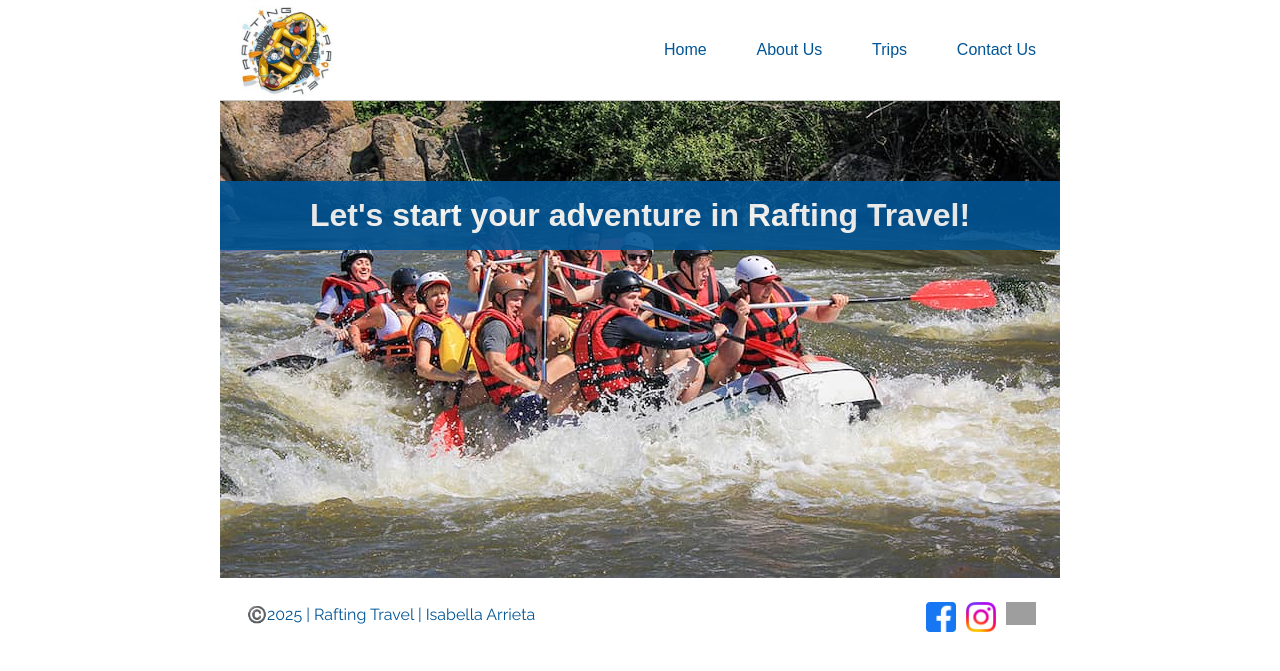
Repository: isaAJ05/wdd130
Page: wwr/index.html
An editor plug-in stored every save of this project. The page is shown before and after a run of saves, followed by the edit.
The browser window is 1280 px wide. The pictures show the whole page.
Pictures or frames that could not be fetched are drawn as grey boxes. Some web fonts or font styles are not loaded; a fallback is used.

Above is the page before, as saved 2025-06-16 20:07:11.

After the next 2 saves:
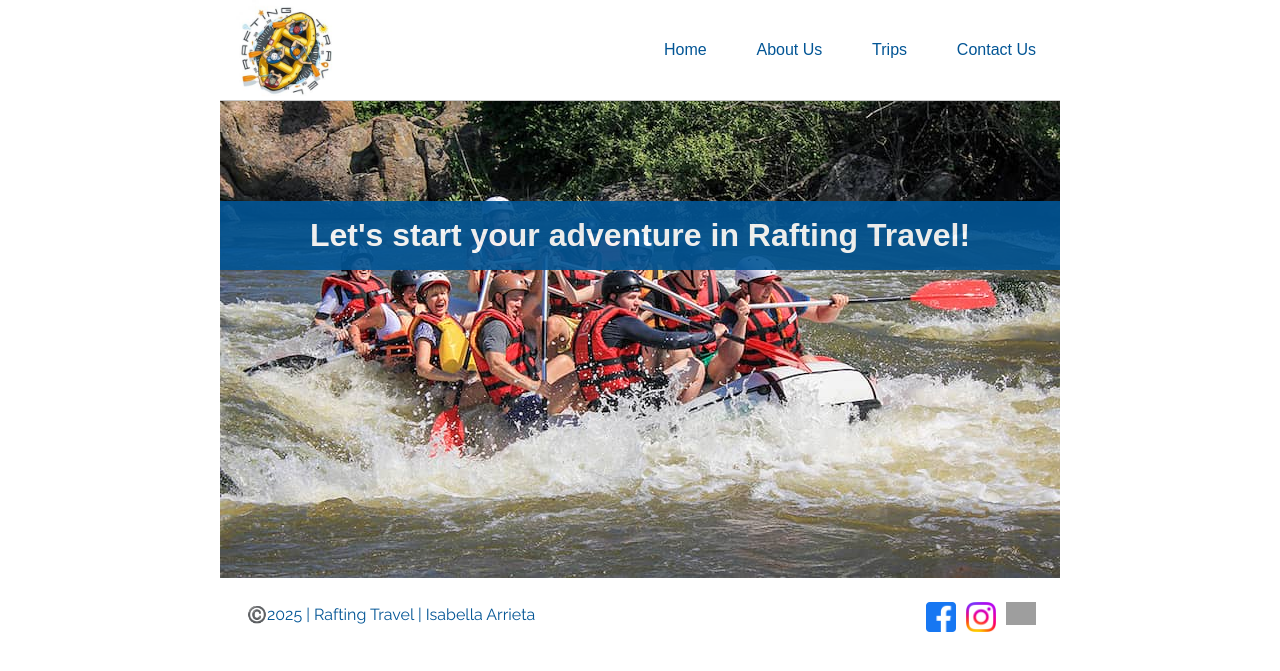
The 2 saves are shown as one change because they came seconds apart.
The last was saved 11 s later.
--- a/wwr/styles/rafting.css
+++ b/wwr/styles/rafting.css
@@ -468,7 +468,7 @@ input[type="radio"]{
 }
 .hero h1 {
 	position: absolute;
-	top: 80px;
+	top: 100px;
 	width: 100%;
     padding: 16px;
     text-align: center;
